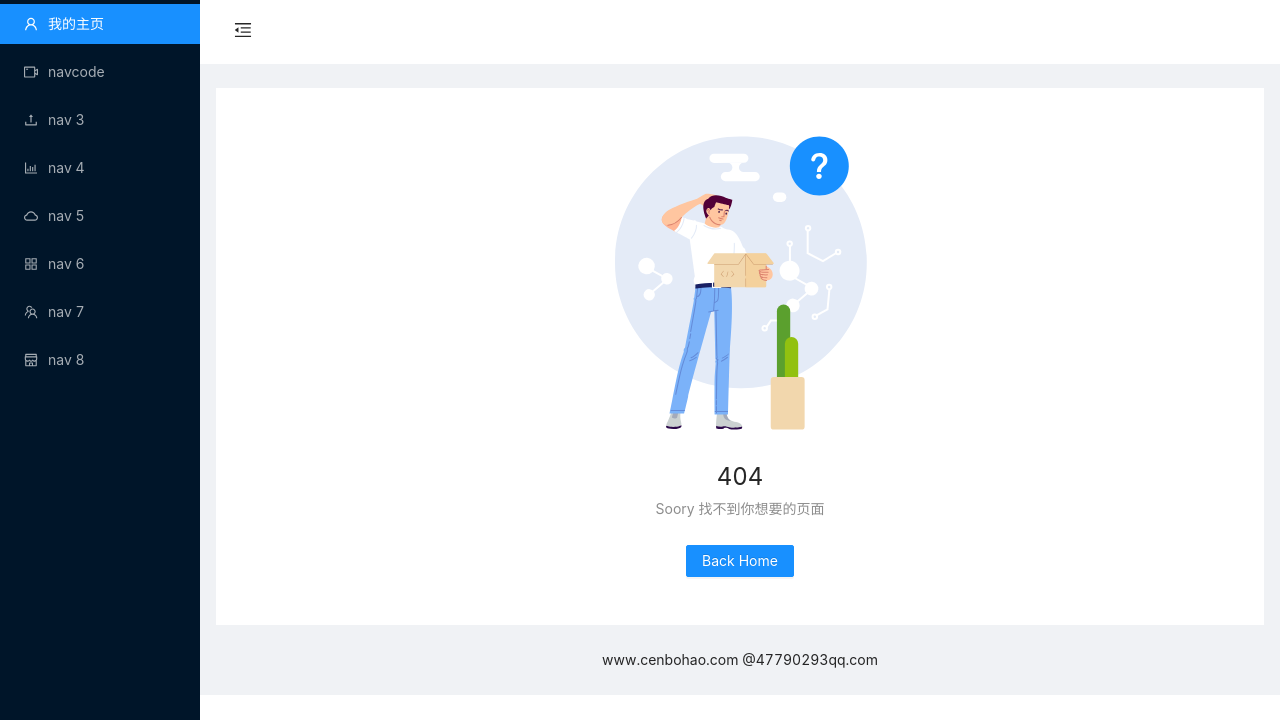
Repository: CBH20010703/bolgsweb
Page: /login (app in blogs/)
An editor plug-in stored every save of this project. The page is shown before and after the next save, followed by the edit.
The browser window is 1280 px wide. The pictures show the whole page.
The project was rebuilt for these pictures with package versions that can differ from the ones it lists, and the page was loaded fresh each time. Also part of the build but not shown: blogs/src/view/Login/Login.jsx, blogs/src/component/Menu/MenuList.css, blogs/src/view/Home/Home.css, blogs/src/view/Home/Home.jsx, blogs/src/view/NavCode/NavCode.css, blogs/src/view/NavCode/NavCode.jsx.

Above is the page before, as saved 2021-06-28 19:37:14.

### blogs/src/index.js
import React from 'react';
import ReactDOM from 'react-dom';
import './index.css';
import App from './App';
import { BrowserRouter} from 'react-router-dom'


ReactDOM.render(<BrowserRouter><App /></BrowserRouter>,document.getElementById('root'));

### blogs/src/App.js
import './App.css';
import { React, Component } from "react";

import  RouterMap from "./router/RouterMap"
export default class  App extends Component {
  constructor(props) {
    super(props);
    this.state = {  collapsed: false, }
  }
  toggle = (data) => {
     console.log(data)
    this.setState({
      collapsed: data,
    });
  };
  render() {
    return (
      <RouterMap/>
    );
  }
}

### blogs/src/router/RouterMap.js
import React from 'react'
import {  Route, Switch} from 'react-router-dom'
import Login from "../view/Login/Login"
import Context from '../view/context/context'
import Error from '../view/404/Error'
export default class RouterMap  extends React.Component {
    render() {
        return (


            <Switch>
                 <Route  path="/"  component={Context}/>
                 <Route path="/login" component={Login} />
                 <Route path="*" component={Error} />

               </Switch>


        )
    }
}

### blogs/src/view/context/context.jsx

import { React, Component } from "react";
import Headers from '../../component/Header/Headers';
import MenuList from '../../component/Menu/MenuList';
import Footers from '../../component/Footer/Footers';

import { Layout } from 'antd';
import { Redirect, Route, Switch } from 'react-router-dom'
import Home from "../Home/Home.jsx";
import Navcode from "../NavCode/NavCode.jsx"
import Error from "../404/Error";
const { Content, Sider } = Layout;
export default class Context extends Component {
  constructor(props) {
    super(props);
    this.state = { collapsed: false, }
  }
  toggle = (data) => {
    console.log(data)
    this.setState({
      collapsed: data,
    });
  };
  render() {
    return (

      <Layout>
        <Sider trigger={null} collapsible collapsed={this.state.collapsed}
          style={{
            overflow: 'auto',
            height: '100vh',
            position: 'fixed',
            left: 0,
          }}
        >
          <MenuList />
        </Sider>
        <Layout className="site-layout" style={{ paddingLeft: this.state.collapsed ? "60px" : "200px", transition: "0.1s ease" }}>
          <Headers toggle={this.toggle} parent={this.state.collapsed}></Headers>
          <Content style={{ margin: '24px 16px 0', height: "auto", background: "#fff" }}>
            <Switch>

              <Route path="/index" component={Home} />
              <Route path="/NavCode" component={Navcode} />
              <Route path="*" component={Error} />

            </Switch>
          </Content>
          <Footers />
        </Layout>
      </Layout>


    );
  }
}

### blogs/src/view/404/Error.jsx
import React, { Component } from "react";
import { Result, Button } from "antd";
export default class Error extends Component {
    render() {
        return (
            <div>
                <Result
                    status="404"
                    title="404"
                    subTitle="Soory 找不到你想要的页面"
                    extra={<Button type="primary">Back Home</Button>}
                />

            </div>
        );
    }
}

### blogs/src/component/Header/Headers.jsx
import React, { Component } from 'react'
import { Layout } from 'antd';


import {
  MenuUnfoldOutlined,
  MenuFoldOutlined,
} from '@ant-design/icons';
import "./Headers.css"
const { Header } = Layout;
export default class Headers extends Component {
    constructor(props) {
        super(props)
        this.state = {
            isShow:false
        }
    }
    Tab = () => {
        let { isShow } = this.state;
        this.setState({
            isShow:!isShow
        })
        this.props.toggle(!isShow);

    }
    render() {

        return (

                <Header className="site-layout-background" style={{ paddingLeft:"10px" }} >
                     {React.createElement(this.state.isShow ? MenuUnfoldOutlined : MenuFoldOutlined, {
              className: 'trigger',
                         onClick: this.Tab,

            })}
                </Header>

        )
    }
}

### blogs/src/component/Menu/MenuList.jsx
import React, { Component } from 'react'
import { Menu } from 'antd';
import {Link} from 'react-router-dom'
import "./MenuList.css"
import {
  AppstoreOutlined,
  BarChartOutlined,
  CloudOutlined,
  ShopOutlined,
  TeamOutlined,
  UserOutlined,
  UploadOutlined,
  VideoCameraOutlined,
} from '@ant-design/icons';
export default class MenuList extends Component {
  render() {
    return (

         <Menu theme="dark" mode="inline" defaultSelectedKeys={['1']}>
          <Menu.Item key="1"  icon={<UserOutlined />}>
          <Link to="/index"> 我的主页
            </Link>

          </Menu.Item>
          <Menu.Item key="2" icon={<VideoCameraOutlined />}>
          <Link to="/NavCode"> navcode
            </Link>

          </Menu.Item>
          <Menu.Item key="3" icon={<UploadOutlined />}>
            nav 3
          </Menu.Item>
          <Menu.Item key="4" icon={<BarChartOutlined />}>
            nav 4
          </Menu.Item>
          <Menu.Item key="5" icon={<CloudOutlined />}>
            nav 5
          </Menu.Item>
          <Menu.Item key="6" icon={<AppstoreOutlined />}>
            nav 6
          </Menu.Item>
          <Menu.Item key="7" icon={<TeamOutlined />}>
            nav 7
          </Menu.Item>
          <Menu.Item key="8" icon={<ShopOutlined />}>
            nav 8
          </Menu.Item>
        </Menu>
    )
  }
}

### blogs/src/component/Footer/Footers.jsx
import React, { Component } from 'react'
import { Layout } from 'antd';
const {  Footer } = Layout;
export default class Footers extends Component {
    render() {
        return (
            <div>
               <Footer style={{ textAlign: 'center' }}>www.cenbohao.com @47790293qq.com</Footer>
            </div>
        )
    }
}

### blogs/src/component/Header/Headers.css
.site-layout .site-layout-background {
    background: #fff;
}

 .trigger {
    padding: 0 24px;
    font-size: 18px;
    line-height: 64px;
    cursor: pointer;
    transition: color 0.3s;
}

 .trigger:hover {
    color: #1890ff;
}

Loaded but not shown: blogs/public/index.html (common file); blogs/src/index.css (common file); blogs/src/App.css (common file)

After the next save:
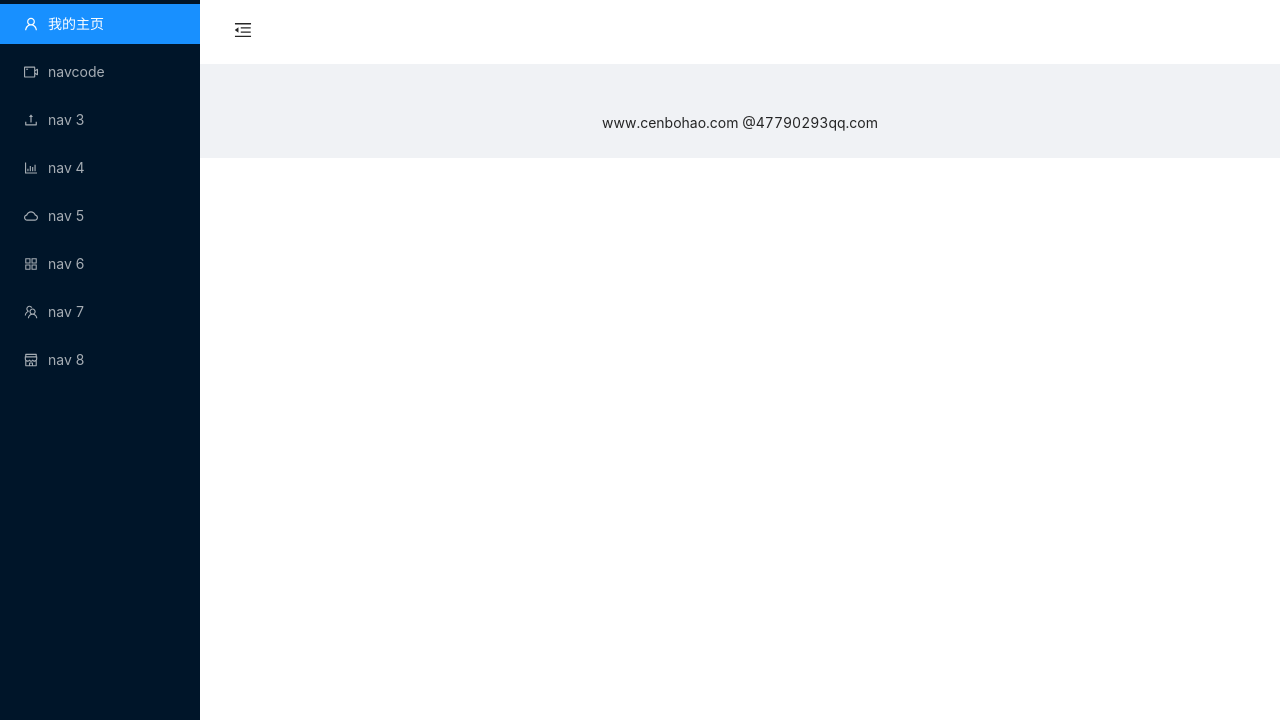
Saved 6 s later.
--- a/blogs/src/view/context/context.jsx
+++ b/blogs/src/view/context/context.jsx
@@ -42,7 +42,6 @@ export default class Context extends Component {
 
               <Route path="/index" component={Home} />
               <Route path="/NavCode" component={Navcode} />
-              <Route path="*" component={Error} />
 
             </Switch>
           </Content>
